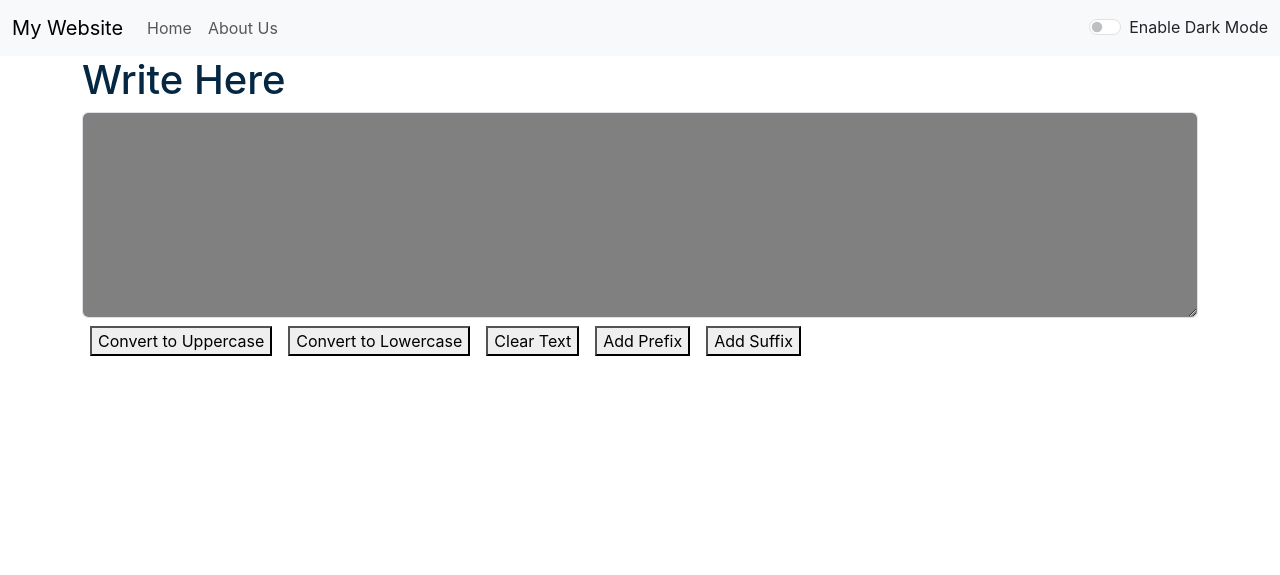
Repository: WajihaGul/Reactjs
Page: /
An editor plug-in stored every save of this project. The page is shown before and after a run of saves, followed by the edit.
The browser window is 1280 px wide. The pictures show the whole page.
The project was rebuilt for these pictures with package versions that can differ from the ones it lists, and the page was loaded fresh each time. Also part of the build but not shown: src/App.css.

Above is the page before, as saved 2024-02-08 09:50:20.

### public/index.html
<!DOCTYPE html>
<html lang="en">
  <head>
    <meta charset="utf-8" />
    <link rel="icon" href="%PUBLIC_URL%/favicon.ico" />
    <meta name="viewport" content="width=device-width, initial-scale=1" />
    <meta name="theme-color" content="#000000" />
    <meta
      name="description"
      content="Web site created using create-react-app"
    />
    <link rel="apple-touch-icon" href="%PUBLIC_URL%/logo192.png" />
    <!--
      manifest.json provides metadata used when your web app is installed on a
      user's mobile device or desktop. See https://developers.google.com/web/fundamentals/web-app-manifest/
    -->
    <link rel="manifest" href="%PUBLIC_URL%/manifest.json" />
    <!--
      Notice the use of %PUBLIC_URL% in the tags above.
      It will be replaced with the URL of the `public` folder during the build.
      Only files inside the `public` folder can be referenced from the HTML.

      Unlike "/favicon.ico" or "favicon.ico", "%PUBLIC_URL%/favicon.ico" will
      work correctly both with client-side routing and a non-root public URL.
      Learn how to configure a non-root public URL by running `npm run build`.
    -->


    <link href="https://cdn.jsdelivr.net/npm/bootstrap@5.3.2/dist/css/bootstrap.min.css" rel="stylesheet" integrity="sha384-T3c6CoIi6uLrA9TneNEoa7RxnatzjcDSCmG1MXxSR1GAsXEV/Dwwykc2MPK8M2HN" crossorigin="anonymous">
    <title>React App</title>

  </head>
  <body>
    <noscript>You need to enable JavaScript to run this app.</noscript>
    <div id="root"></div>
    <script src="https://cdn.jsdelivr.net/npm/bootstrap@5.3.2/dist/js/bootstrap.bundle.min.js" integrity="sha384-C6RzsynM9kWDrMNeT87bh95OGNyZPhcTNXj1NW7RuBCsyN/o0jlpcV8Qyq46cDfL" crossorigin="anonymous"></script>

  </body>
</html>

### src/App.js
import './App.css';
import Navbar from './Components/Navbar';
import TextArea from './Components/TextArea';
import { useState } from 'react';

function App() {
  const [mode, setMode] = useState('light'); // Whether dark mode is enabled or not

  const toggleMode = ()=>{
    if(mode === 'light'){
      setMode('dark');
      document.body.style.backgroundColor = '#042743';

    }
    else{
      setMode('light');
      document.body.style.backgroundColor = 'white';

    }
  }
return (
<>
<Navbar title="My Website" about="About Us" home="HomePage" mode={mode} toggleMode={toggleMode}   />
<TextArea/>
</>
  );
}

export default App;

### src/Components/Navbar.js
import React from 'react';
import PropTypes from 'prop-types';

export default function Navbar(props) {
  return (
      <nav className={`navbar navbar-expand-lg navbar-${props.mode} bg-${props.mode}`}>
          <div className="container-fluid">
              <span className="navbar-brand">{props.title}</span>
              <button className="navbar-toggler" type="button" data-bs-toggle="collapse" data-bs-target="#navbarSupportedContent" aria-controls="navbarSupportedContent" aria-expanded="false" aria-label="Toggle navigation">
                  <span className="navbar-toggler-icon"></span>
              </button>
              <div className="collapse navbar-collapse" id="navbarSupportedContent">
                  <ul className="navbar-nav me-auto mb-2 mb-lg-0">
                      <li className="nav-item">
                          <span className="nav-link" aria-current="page">Home</span>
                      </li>
                      <li className="nav-item">
                          <span className="nav-link">{props.about}</span>
                      </li>
                  </ul>
                  <div className={`form-check form-switch text-${props.mode === 'light' ? 'dark' : 'light'}`}>
                      <input className="form-check-input" onClick={props.toggleMode} type="checkbox" id="flexSwitchCheckDefault"/>
                      <label className="form-check-label" htmlFor="flexSwitchCheckDefault">Enable Dark Mode</label>
                  </div>
              </div>
          </div>
      </nav>
  );
}

Navbar.propTypes = {
    title: PropTypes.string,
    about: PropTypes.string,
    mode: PropTypes.string,
    toggleMode: PropTypes.func
};

### src/Components/TextArea.js
import React, { useState } from "react";

export default function TextArea(props) {
    const [text, setText] = useState('');

    const textOnChange = (event) => {
        setText(event.target.value);
    }

    const textUpper = () => {
        let newText = text.toUpperCase();
        setText(newText);
    }

    const textLower = () => {
        let newText = text.toLowerCase();
        setText(newText);
    }

    const textClear = () => {
        let newText = '';
        setText(newText);
    }

    const prefixText = () => {
        let newText = 'New Text ' + text;
        setText(newText);
    }

    const suffixText = () => {
        let newText = text + ' New Text ';
        setText(newText);
    }

    return (
        <>
             <div className="container" style={{color: props.mode==='dark'?'white':'#042743'}}>
                <h1>Write Here</h1>
                <textarea className="form-control" value={text} onChange={textOnChange} style={{ backgroundColor: props.mode === 'black' ? 'white' : 'grey', color: props.mode === 'light' ? 'black' : 'white' }} id="myBox" rows="8"></textarea>
                <button className="btn1 mx-2 my-2" onClick={textUpper}>Convert to Uppercase</button>
                <button className="btn2 mx-2 my-2" onClick={textLower}>Convert to Lowercase</button>
                <button className="btn3 mx-2 " onClick={textClear}>Clear Text</button>
                <button className="btn4 mx-2 " onClick={prefixText}>Add Prefix</button>
                <button className="btn5 mx-2 " onClick={suffixText}>Add Suffix</button>
            </div>
            <div className="container my-3" style={{ color: props.mode === 'light' ? 'black' : 'white' }}>
                <h2>Text Summary</h2>
                <p>{text.split(' ').length} words and {text.length} characters</p>
                <p>{(0.008 * text.split(' ').length)} Minutes read.</p>
                <h2>Preview</h2>
                <p><b>{text}</b></p>
            </div>
        </>
    );
}

Loaded but not shown: src/index.js (common file); src/index.css (common file); src/reportWebVitals.js (common file)

After the next 2 saves:
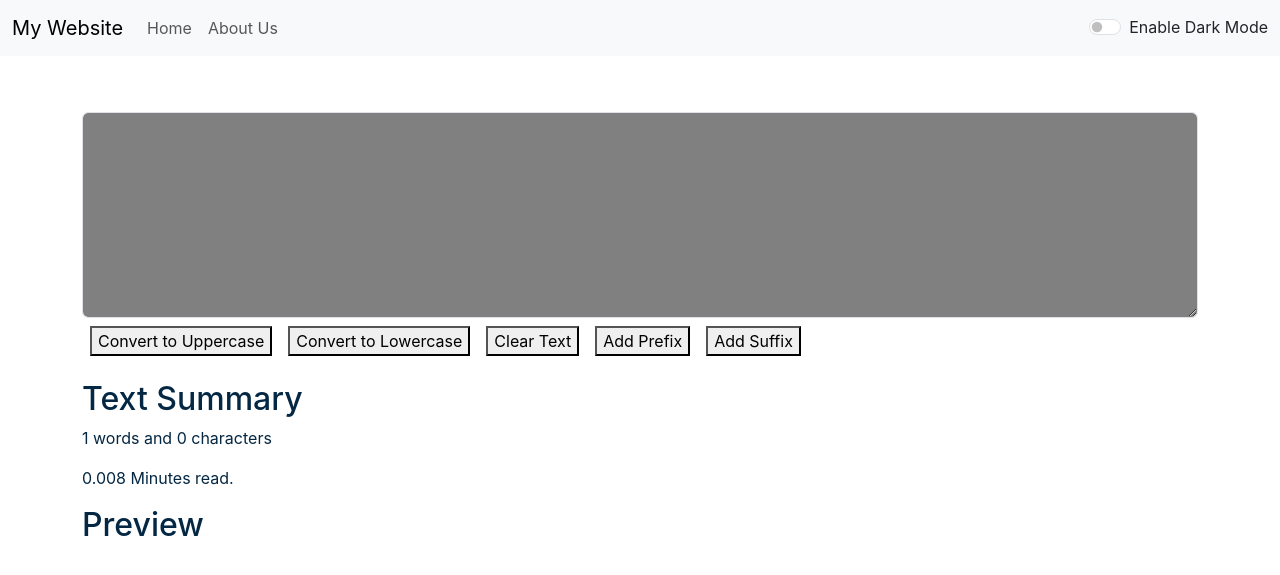
The 2 saves are shown as one change because 1 did not build or start.
The last was saved 104 s later.
--- a/src/Components/TextArea.js
+++ b/src/Components/TextArea.js
@@ -34,7 +34,7 @@ export default function TextArea(props) {
 
     return (
         <>
-             <div className="container" style={{color: props.mode==='dark'?'white':'#042743'}}>
+            <div className="container" style={{ color: props.mode === 'light' ? 'black' : 'white' }}>
                 <h1>Write Here</h1>
                 <textarea className="form-control" value={text} onChange={textOnChange} style={{ backgroundColor: props.mode === 'black' ? 'white' : 'grey', color: props.mode === 'light' ? 'black' : 'white' }} id="myBox" rows="8"></textarea>
                 <button className="btn1 mx-2 my-2" onClick={textUpper}>Convert to Uppercase</button>
@@ -43,7 +43,7 @@ export default function TextArea(props) {
                 <button className="btn4 mx-2 " onClick={prefixText}>Add Prefix</button>
                 <button className="btn5 mx-2 " onClick={suffixText}>Add Suffix</button>
             </div>
-            <div className="container my-3" style={{ color: props.mode === 'light' ? 'black' : 'white' }}>
+            <div className="container my-3" style={{backgroundColor: props.mode==='dark'?'#13466e':'white', color: props.mode==='dark'?'white':'#042743'}}>
                 <h2>Text Summary</h2>
                 <p>{text.split(' ').length} words and {text.length} characters</p>
                 <p>{(0.008 * text.split(' ').length)} Minutes read.</p>
